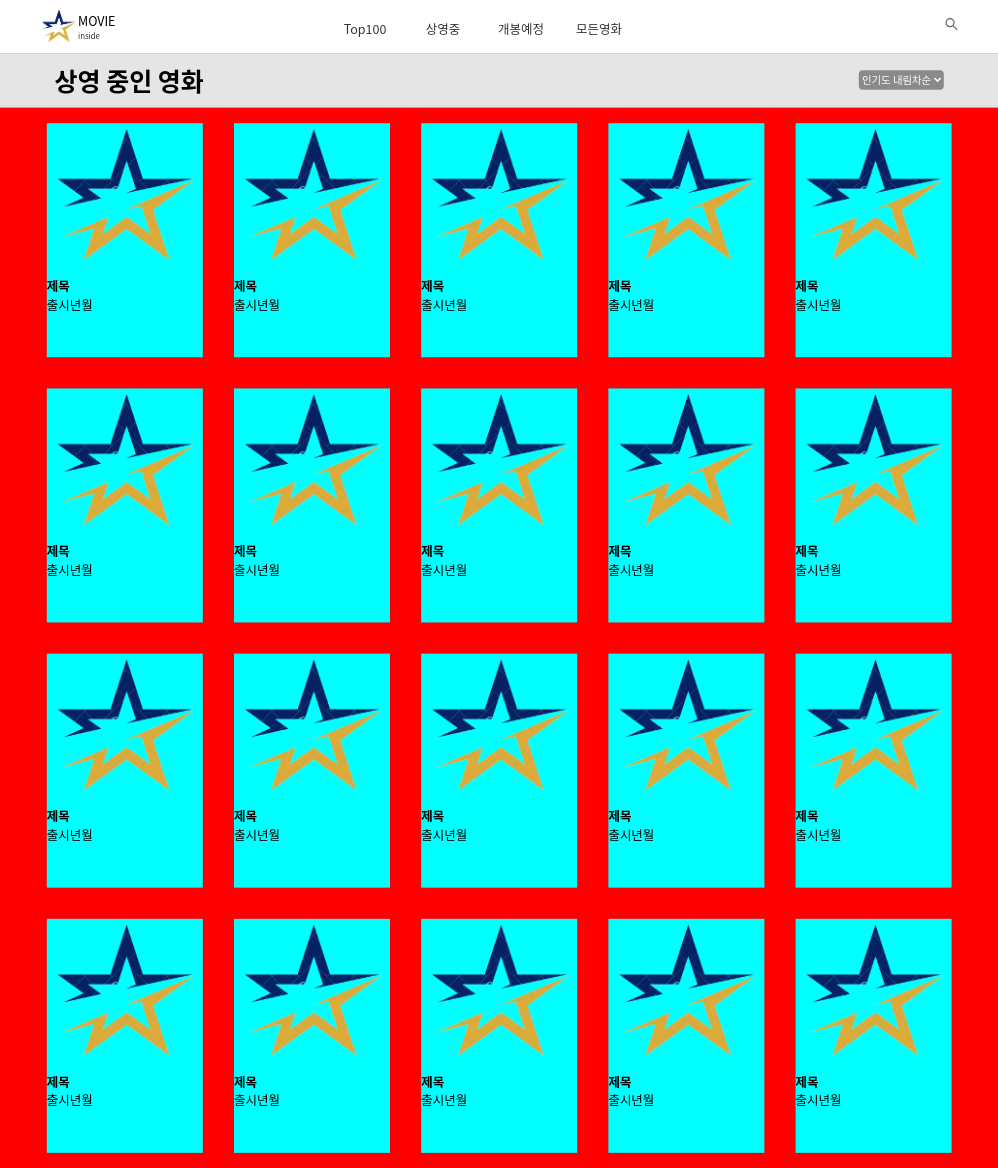
Repository: yangddoddi/Movie-Inside
Page: /list
These files come from the project's save history. The page is drawn as it stood at one moment and after a run of saves; the edit follows.
The browser window is 1280 px wide. The pictures show the whole page, at 78% of full size.
The page's requests for data from a server got no answer. The project was rebuilt for these pictures with package versions that can differ from the ones it lists, and the page was loaded fresh each time. No one was signed in, and anything a server would have sent is missing. Also part of the build but not shown: src/App.css, src/components/Main/Jumbotron.module.scss, src/components/Main/Jumbotron.js, src/routes/Main.js, src/routes/Detail.js.

Above is the page before, as saved 2022-05-04 12:39:31.

### public/index.html
<!DOCTYPE html>
<html lang="en">

<head>
  <meta charset="utf-8" />
  <link rel="icon" href="./image/logo.png" />
  <meta name="viewport" content="width=device-width, initial-scale=1" />
  <meta name="theme-color" content="#000000" />
  <meta name="description" content="Web site created using create-react-app" />
  <link rel="apple-touch-icon" href="%PUBLIC_URL%/logo192.png" />
  <!--
      manifest.json provides metadata used when your web app is installed on a
      user's mobile device or desktop. See https://developers.google.com/web/fundamentals/web-app-manifest/
    -->
  <link rel="manifest" href="%PUBLIC_URL%/manifest.json" />
  <!--
      Notice the use of %PUBLIC_URL% in the tags above.
      It will be replaced with the URL of the `public` folder during the build.
      Only files inside the `public` folder can be referenced from the HTML.

      Unlike "/favicon.ico" or "favicon.ico", "%PUBLIC_URL%/favicon.ico" will
      work correctly both with client-side routing and a non-root public URL.
      Learn how to configure a non-root public URL by running `npm run build`.
    -->
  <title>Movie Inside</title>
</head>

<body>
  <noscript>You need to enable JavaScript to run this app.</noscript>
  <div id="root"></div>
  <!--
      This HTML file is a template.
      If you open it directly in the browser, you will see an empty page.

      You can add webfonts, meta tags, or analytics to this file.
      The build step will place the bundled scripts into the <body> tag.

      To begin the development, run `npm start` or `yarn start`.
      To create a production bundle, use `npm run build` or `yarn build`.
    -->
</body>

</html>

### src/App.js
import "./App.css";
import { RouteJS } from "./components/Routes";
import "./scss/main.scss";
import { Nav } from "./components/Nav";

function App() {
  return (
    <>
      <Nav />
      <RouteJS />
    </>
  );
}

export default App;

### src/components/Routes.js
import { Route, BrowserRouter, Routes } from "react-router-dom";
import { Main } from "../routes/Main";
import { Detail } from "../routes/Detail";
import { List } from "../routes/List";

export const RouteJS = () => {
  return (
    <Routes>
      <Route path="/" element={<Main />} />
      <Route path="/detail" element={<Detail />} />
      <Route path="/list" element={<List />} />
    </Routes>
  );
};

### src/scss/main.scss
@font-face {
    font-family: 'Noto Sans CJK KR';
    font-style: normal;
    font-weight: light;
    src: url('../fontStyle/NotoSansKR-Light.otf') format('otf');
}

@font-face {
    font-family: 'Noto Sans CJK KR';
    font-style: normal;
    font-weight: normal;
    src: url('../fontStyle/NotoSansKR-Regular.otf') format('otf');
}

@font-face {
    font-family: 'Noto Sans CJK KR';
    font-style: normal;
    font-weight: semi-bold;
    src: url('../fontStyle/NotoSansKR-Medium.otf') format('otf');
}
@font-face {
    font-family: 'Noto Sans CJK KR';
    font-style: normal;
    font-weight: bold;
    src: url('../fontStyle/NotoSansKR-Bold.otf') format('otf');
}

* {
    box-sizing: border-box;
    font-family: 'Noto Sans CJK KR';
    margin: 0px;
    -webkit-font-smoothing: antialiased;
    // -ms-overflow-style: none; /* IE and Edge */
    // scrollbar-width: none; /* Firefox */


 &::-webkit-scrollbar {
    width: 8px;
    height: 8px;
}
 &::-webkit-scrollbar-thumb {
     background-color: rgba(0,0,0,0.2);
     border-radius: 15px;
 }
}

body {
    height: 100%;
}

html {
    height: 100%;
}

### src/components/Nav.js
import React from "react";
import logo from "../image/logo.png";
import styles from "./Nav.module.scss";
import { AiOutlineSearch } from "react-icons/ai";

export const Nav = () => {
  return (
    <nav className={styles.nav}>
      <div className={styles.navContainer}>
        <div className={styles.leftContainer}>
          <img className={styles.logo} src={logo}></img>
          <div className={styles.logoContainer}>
            <span>MOVIE</span>
            <span>inside</span>
          </div>
        </div>
        <ul className={styles.navItems}>
          <li className={styles.navItem}>Top100</li>
          <li className={styles.navItem}>상영중</li>
          <li className={styles.navItem}>개봉예정</li>
          <li className={styles.navItem}>모든영화</li>
        </ul>
        <form className={styles.navForm}>
          <input type={"text"} id="searchInput" />
          <label htmlFor="searchInput">
            <AiOutlineSearch className={styles.searchIcon} />
          </label>
        </form>
      </div>
    </nav>
  );
};

### src/routes/List.js
import React, { useEffect, useState } from "react";
import { ListHeader } from "../components/List/ListHeader";
import { ListItems } from "../components/List/ListItems";
import axios from "axios";

export const List = () => {
  const API_KEY = "c8bbbc721826450428abb9e5d4319003";
  const [movie, setMovie] = useState([]);

  useEffect(() => {
    axios
      .get(
        `https://api.themoviedb.org/3/movie/now_playing?api_key=${API_KEY}&language=kr-KO&page=1&region=kr`
      )
      .then((response) => {
        console.log(response);
        setMovie(response.data.result);
      })
      .catch((error) => console.log(error));
  }, []);

  return (
    <>
      <ListHeader />
      <ListItems />
    </>
  );
};

### src/components/Nav.module.scss


.nav {
    background-color: rgba(255,255,255,1);
    width: 100%;
    height: 8%;
    padding: 10px 50px 10px 50px;
    display: flex;
    justify-content: center;
}

.navContainer {
    display: flex;
    align-items: center;
    justify-content: space-between;
    width: 100%;
    max-width: 1200px;
}

.logo {
    width: 50px;
}

.logoContainer {
    display: flex;
    flex-direction: column;
    justify-content: flex-end;
    user-select: none;

    span:nth-child(2) {
        font-size: 10px;
        color:rgba(0,0,0,0.8);
    }
}

.leftContainer {
    display: flex;
    align-items: center;
}

.navItems {
    display: flex;
    list-style: none;
    color: rgba(0,0,0,0.8);
    font-size: 16px;
    margin: 0px;
}


.navItem {
    margin: 0px 20px 0px 20px;
    cursor: pointer;
    width: 60px;
    height: 20px;
    text-align: center;

    &:hover {
        border: 1px solid rgba(0,0,0,0.5);
        border-radius: 5%;
        transform: scale(1.1);
        transition: 300ms ease-in transform;
    }
}

.navForm {
        position:relative;
        display: flex;
        align-items: center;

    input {
        margin-left: 30px;
        border-radius: 5%;
        height: 25px;
        border: none;
        color: rgba(0,0,0,0.8);
        background-color: transparent;
    }

    input:focus {
        outline: none;
        border-bottom: rgba(122,122,122,1) solid 1px;
    }

    label {
        position: absolute;
        right: 0px;
        height: 25px;
        border-left: none;
    }

    svg {
        font-size: 20px;
        color: rgba(0,0,0,0.6);
    }
}

### src/components/List/ListHeader.js
import React from "react";
import styles from "./ListHeader.module.scss";

export const ListHeader = () => {
  return (
    <header className={styles.listHeader}>
      <div className={styles.container}>
        <h1> 상영 중인 영화 </h1>
        <select>
          <option>인기도 내림차순</option>
          <option>인기도 오름차순</option>
          <option>개봉일 내림차순</option>
          <option>개봉일 오름차순</option>
        </select>
      </div>
    </header>
  );
};

### src/components/List/ListItems.js
import React from "react";
import styles from "./ListItems.module.scss";
import img from "../../image/logo.png";
import axios from "axios";

export const ListItems = () => {
  return (
    <div className={styles.List}>
      <div className={styles.ListContainer}>
        <article className={styles.card}>
          <img src={img} />
          <h4>제목</h4>
          <span>출시년월</span>
        </article>
        <article className={styles.card}>
          <img src={img} />
          <h4>제목</h4>
          <span>출시년월</span>
        </article>
        <article className={styles.card}>
          <img src={img} />
          <h4>제목</h4>
          <span>출시년월</span>
        </article>
        <article className={styles.card}>
          <img src={img} />
          <h4>제목</h4>
          <span>출시년월</span>
        </article>
        <article className={styles.card}>
          <img src={img} />
          <h4>제목</h4>
          <span>출시년월</span>
        </article>
        <article className={styles.card}>
          <img src={img} />
          <h4>제목</h4>
          <span>출시년월</span>
        </article>
        <article className={styles.card}>
          <img src={img} />
          <h4>제목</h4>
          <span>출시년월</span>
        </article>
        <article className={styles.card}>
          <img src={img} />
          <h4>제목</h4>
          <span>출시년월</span>
        </article>
        <article className={styles.card}>
          <img src={img} />
          <h4>제목</h4>
          <span>출시년월</span>
        </article>
        <article className={styles.card}>
          <img src={img} />
          <h4>제목</h4>
          <span>출시년월</span>
        </article>
        <article className={styles.card}>
          <img src={img} />
          <h4>제목</h4>
          <span>출시년월</span>
        </article>
        <article className={styles.card}>
          <img src={img} />
          <h4>제목</h4>
          <span>출시년월</span>
        </article>
        <article className={styles.card}>
          <img src={img} />
          <h4>제목</h4>
          <span>출시년월</span>
        </article>
        <article className={styles.card}>
          <img src={img} />
          <h4>제목</h4>
          <span>출시년월</span>
        </article>
        <article className={styles.card}>
          <img src={img} />
          <h4>제목</h4>
          <span>출시년월</span>
        </article>
        <article className={styles.card}>
          <img src={img} />
          <h4>제목</h4>
          <span>출시년월</span>
        </article>
        <article className={styles.card}>
          <img src={img} />
          <h4>제목</h4>
          <span>출시년월</span>
        </article>
        <article className={styles.card}>
          <img src={img} />
          <h4>제목</h4>
          <span>출시년월</span>
        </article>
        <article className={styles.card}>
          <img src={img} />
          <h4>제목</h4>
          <span>출시년월</span>
        </article>
        <article className={styles.card}>
          <img src={img} />
          <h4>제목</h4>
          <span>출시년월</span>
        </article>
      </div>
    </div>
  );
};

### src/components/List/ListHeader.module.scss

.listHeader {
    display: flex;
    border-top: 1px solid rgba(0,0,0,0.1);
    border-bottom: 1px solid rgba(0,0,0,0.1);
    height: 70px;
    background-color: rgba(0,0,0,0.1);
    justify-content: center;
    align-items: center;
}

.container {
    width: 100%;
    max-width: 1200px;
    display: flex;
    justify-content: space-between;
    align-items: center;

    padding: 30px;

    h1 {
        font-weight: bold;
    }

    select {
        height: 25px;
        color: rgba(255,255,255,1);
        border-radius: 5px;
        border: none;
        background-color: rgba(0,0,0,0.4);

    }
}

### src/components/List/ListItems.module.scss


.List {
    width: 100%;
    height: auto;
    background-color: red;
    display: flex;
    justify-content: center;

}

.ListContainer {
    max-width: 1200px;
    width: 1200px;
    display: flex;
    flex-wrap: wrap;
    justify-content: center;
}

.card {
    width: 200px;
    height: 300px;
    background-color: aqua;
    margin: 20px;

    img {
        width: 100%;
    }
}

Loaded but not shown: src/index.js (common file); src/index.css (common file); src/reportWebVitals.js (common file)

After the next 3 saves:
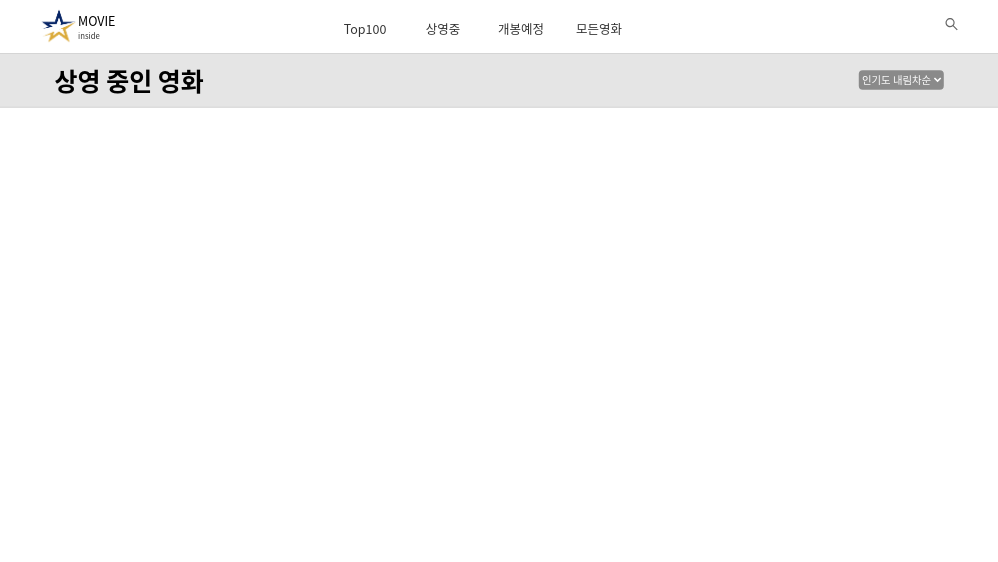
The 3 saves are shown as one change because 2 did not build or start.
The last was saved 21 h 28 min later.
--- a/src/routes/List.js
+++ b/src/routes/List.js
@@ -5,7 +5,7 @@ import axios from "axios";
 
 export const List = () => {
   const API_KEY = "c8bbbc721826450428abb9e5d4319003";
-  const [movie, setMovie] = useState([]);
+  const [movies, setMovies] = useState([]);
 
   useEffect(() => {
     axios
@@ -14,7 +14,7 @@ export const List = () => {
       )
       .then((response) => {
         console.log(response);
-        setMovie(response.data.result);
+        setMovies(response.data.result);
       })
       .catch((error) => console.log(error));
   }, []);
@@ -22,7 +22,14 @@ export const List = () => {
   return (
     <>
       <ListHeader />
-      <ListItems />
+      {movies.map((movie) => (
+        <ListItems
+          key={movies.data.results.id}
+          title={movies.data.results.title}
+          release={movies.data.results.release_date}
+          poster={movies.data.results.poster_path}
+        />
+      ))}
     </>
   );
 };
